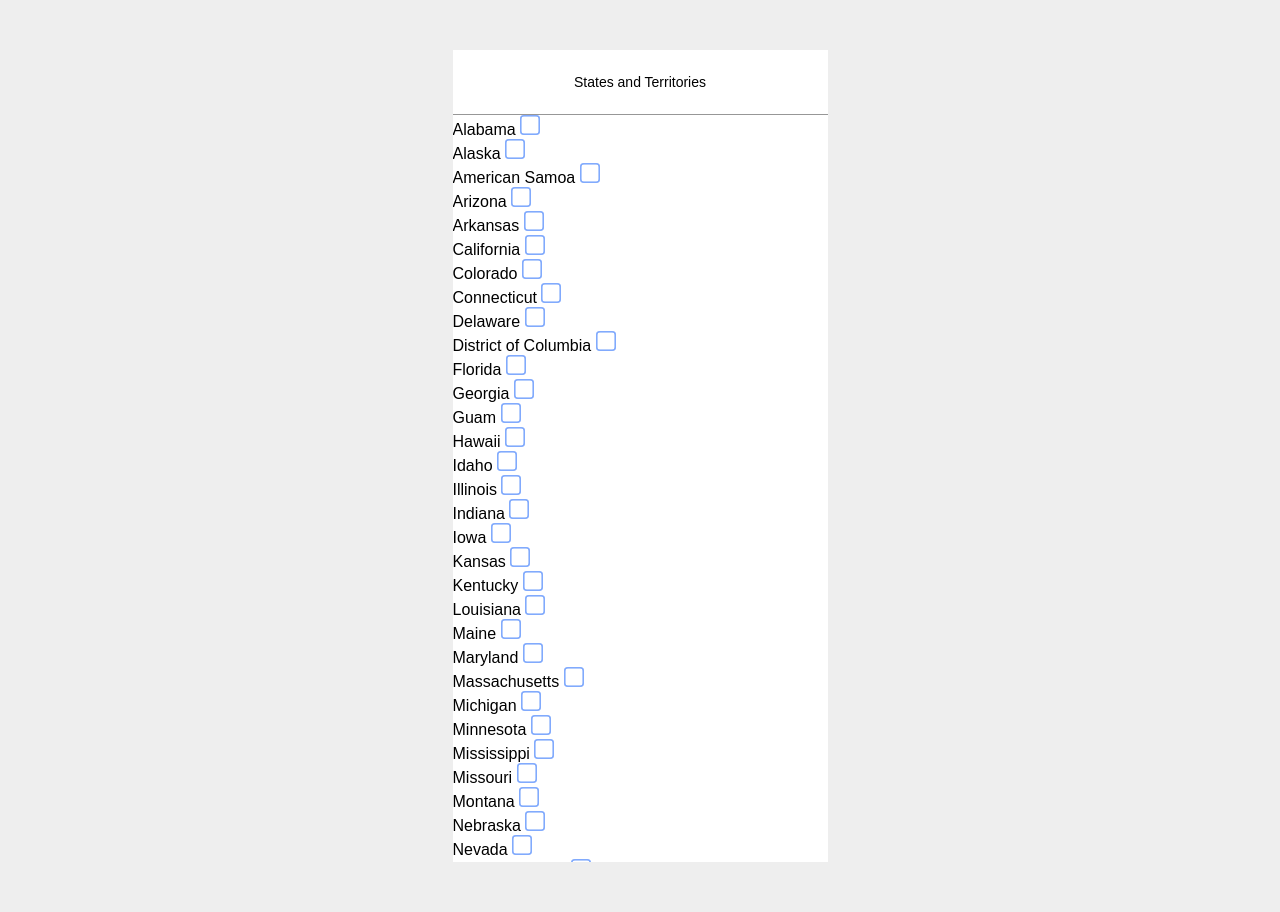
Repository: zitac234/codingTest
Page: /
These files come from the project's save history. The page is drawn as it stood at one moment and after the next save; the edit follows.
The browser window is 1280 px wide. The pictures show the whole page.
The project was rebuilt for these pictures with package versions that can differ from the ones it lists, and the page was loaded fresh each time.

Above is the page before, as saved 2021-03-31 15:05:39.

After the next save:
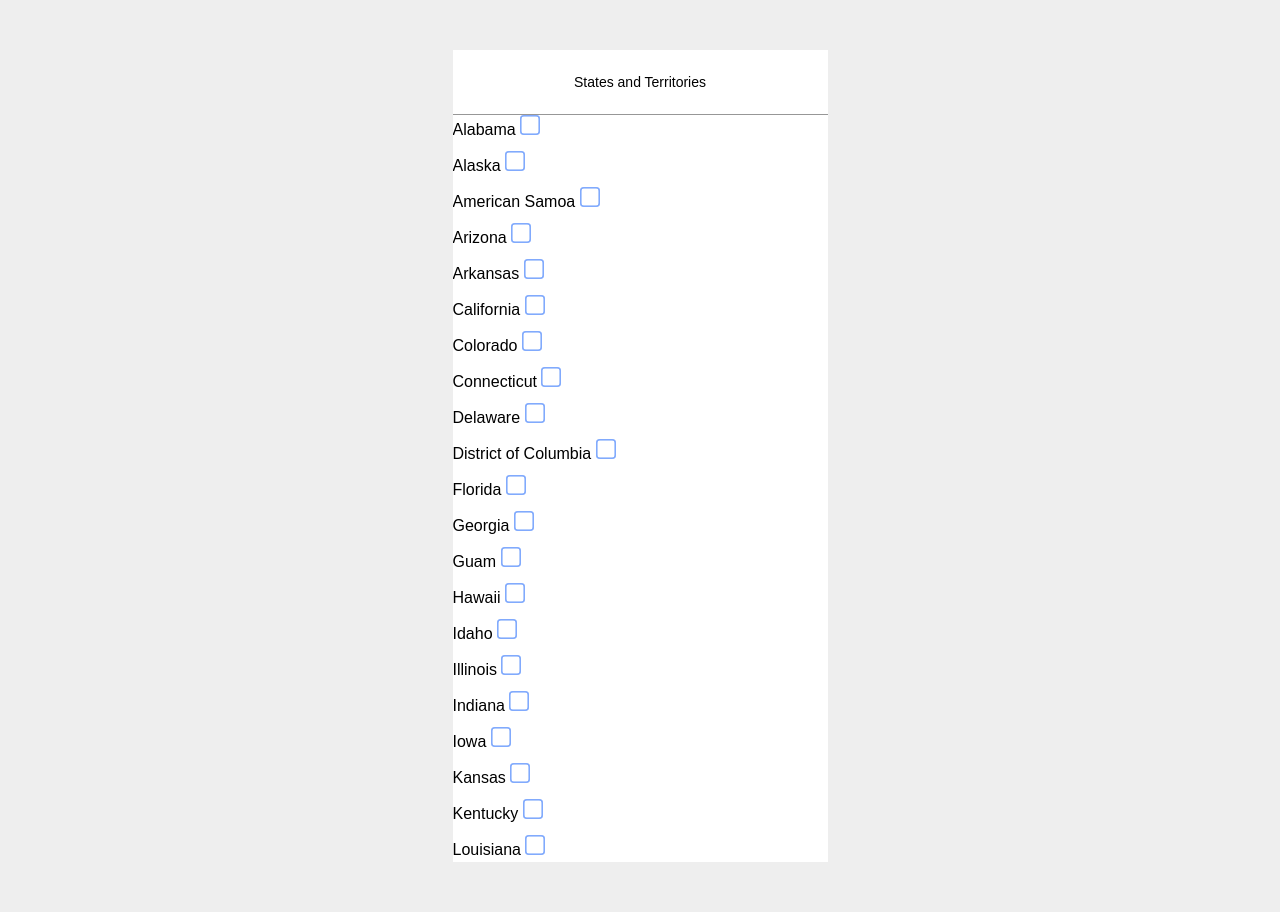
Saved 6 s later.
--- a/src/List.css
+++ b/src/List.css
@@ -3,5 +3,5 @@
   overflow: auto;
 }
 .state{
-  height: ;
+  height: 5vh;
 }
